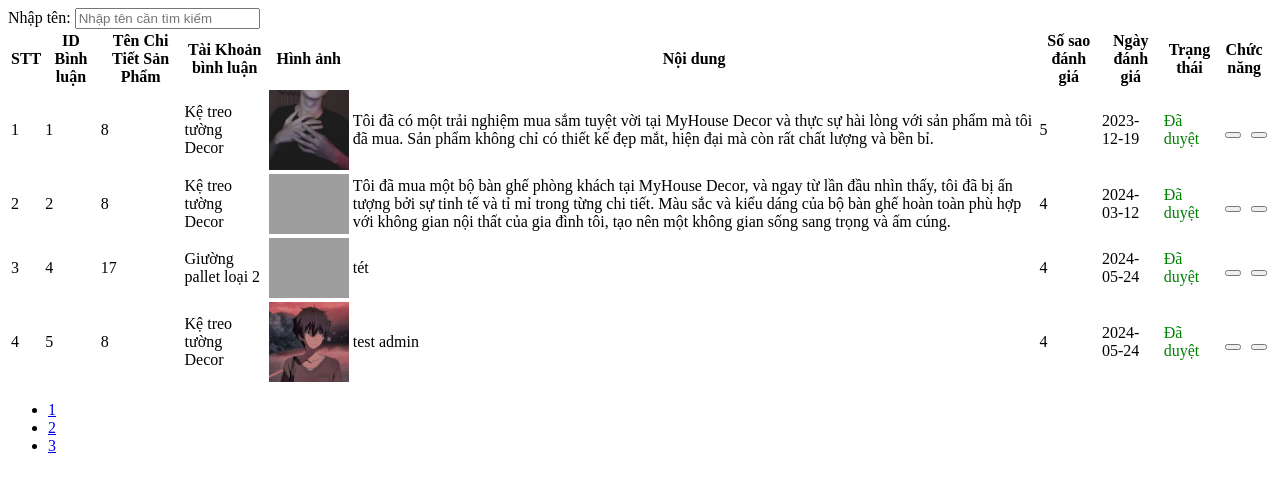
Repository: anhtu2110/TestCNPM
Page: http://localhost/MyHouseDecor/Admin/View/Admin_CommentView.php?page=1
An editor plug-in stored every save of this project. The page is shown before and after the next save, followed by the edit.
The browser window is 1280 px wide. The pictures show the whole page.
Pictures or frames that could not be fetched are drawn as grey boxes. The page is run by PHP 8.4 with error messages shown; the project is at /var/www/html/. The database holds what the project's SQL file puts in it.

Above is the page before, as saved 2024-07-09 22:07:47.

### Admin/View/Admin_CommentView.php
<?php require_once $_SERVER['DOCUMENT_ROOT'] . '/MyHouseDecor/Admin/Controller/Admin_CommentController.php';
$limit = 4;
$offset = isset($_GET['page']) ? ($_GET['page'] - 1) * $limit : 0;
$controller = new Admin_CommentController();
$result = $controller->showComment($limit, $offset);
$count = 1;

?>

<div class="row d-flex mb-3">
    <div class="col-6 mx-auto">
        <label for="input" class="form-label">Nhập tên:</label>
        <input type="search" class="form-control" id="email" placeholder="Nhập tên cần tìm kiếm" name="search">
    </div>
</div>
<table class="mx-auto table table-bordered">
    <tr>
        <th class="table-primary text-center">STT</th>
        <th class="table-primary text-center">ID Bình luận</th>
        <th class="table-primary text-center">Tên Chi Tiết Sản Phẩm</th>
        <th class="table-primary text-center">Tài Khoản bình luận</th>
        <th class="table-primary text-center">Hình ảnh</th>
        <th class="table-primary text-center">Nội dung</th>
        <th class="table-primary text-center">Số sao đánh giá</th>
        <th class="table-primary text-center">Ngày đánh giá</th>
        <th class="table-primary text-center">Trạng thái</th>
        <th class="table-primary text-center">Chức năng</th>
    </tr>
    <?php foreach ($result as $items) :
        switch ($items['Status']) {
            case 1:
                $status = '<p class="m-0" style="color: green;">Đã duyệt</p>';
                break;
            case 0:
                $status = '<p class="m-0" style="color: goldenrod;">Chưa duyệt</p>';
                break;
        }
    ?>
    <tr>
        <td><?php echo $count; ?></td>
        <td><?php echo $items['CmtID']; ?></td>
        <td><?php echo $items['DetailsID']; ?></td>
        <td><?php
                $x = $controller->getNameProduct($items['DetailsID']);
                echo $x;
                ?></td>
        <td><img src="<?php echo '../' . $items['Image']; ?>" style="max-width: 80px;max-height: 80px;" alt=""></td>
        <td><?php echo $items['Content']; ?></td>
        <td><?php echo $items['Star']; ?></td>
        <td><?php echo $items['Date']; ?></td>
        <td><?php echo $status; ?></td>
        <td>
            <div class="chucnang d-flex">
                <div class="btn_update mx-auto">
                    <button type="button" class="btn btn-success btn-sm confirm_comment"
                        style="margin-left: 6px;margin-top:5px;" data-update-id="<?php echo $items['CmtID']; ?>"
                        data-bs-toggle="tooltip" title="Duyệt!">
                        <i class="fa-solid fa-check"></i></button>
                    <button type="button" data-delete-id='<?php echo $items['CmtID']; ?>' id='delete_comment'
                        class="btn btn-danger btn-sm" style="margin-left: 6px;margin-top:5px;" data-bs-toggle="tooltip"
                        title="Xóa!" style="margin-left: 6px;"><i class="fa-solid fa-xmark"></i></button>
                </div>
            </div>
        </td>
    </tr>
    <?php
        $count++;
    endforeach; ?>
</table>
<ul class="pagination justify-content-end">
    <?php
    $counts = $controller->getCount();
    $count = $counts->fetch_assoc();
    $total = $count['total'];
    for ($i = 1; $i <= ceil($total / $limit); $i++) {
        echo '<li class="page-item"><a class="page-link" href="?page=' . $i . '">' . $i . '</a></li>';
    }
    ?>
</ul>
<script>
document.querySelectorAll('#delete_comment').forEach(btn => {
    btn.addEventListener('click', (e) => {
        e.preventDefault();
        let id = btn.getAttribute('data-delete-id');
        swal.fire({
            title: 'Bạn có chắc chắn muốn xóa không?',
            text: 'Dữ liệu sẽ không thể khôi phục lại!',
            icon: 'warning',
            showCancelButton: true,
            confirmButtonColor: '#3085d6',
            cancelButtonColor: '#d33',
            confirmButtonText: 'Có',
            cancelButtonText: 'Không'
        }).then((result) => {
            if (result.isConfirmed) {
                let formData = new FormData();
                formData.append('id', id);
                let xhr = new XMLHttpRequest();
                xhr.open('POST', './Controller/Delete_CommentController.php');
                xhr.onload = () => {
                    if (xhr.status == 200) {
                        let result = xhr.responseText;
                        if (result == 'true') {
                            swal.fire({
                                title: 'Xóa thành công!',
                                text: 'Dữ liệu đã được xóa!',
                                icon: 'success',
                                showConfirmButton: false,
                                timer: 1500
                            }).then(() => {
                                location.reload();
                            });

                        } else {
                            swal.fire({
                                title: 'Xóa thất bại!',
                                icon: 'error',
                                showConfirmButton: false,
                                timer: 1500
                            });
                        }
                    }
                }
                xhr.send(formData);
            }
        });
    });
});
document.querySelectorAll('.confirm_comment').forEach(button => {
    button.addEventListener('click', (e) => {
        e.preventDefault();
        let idbtn = button.getAttribute('data-update-id');
        let formDatas = new FormData();
        formDatas.append('id', idbtn);
        let xhrs = new XMLHttpRequest();
        xhrs.open('POST', './Controller/Update_CommentController.php');
        xhrs.onload = () => {
            if (xhrs.status == 200) {
                let results = xhrs.responseText;
                if (results == 'true') {
                    swal.fire({
                        title: 'Duyệt thành công!',
                        text: 'Dữ liệu đã được duyệt!',
                        icon: 'success',
                        showConfirmButton: false,
                        timer: 1500
                    }).then(() => {
                        location.reload();
                    });

                } else {
                    swal.fire({
                        title: 'Duyệt thất bại!',
                        icon: 'error',
                        showConfirmButton: false,
                        timer: 1500
                    });
                }
            }
        }
        xhrs.send(formDatas);
    });
});
</script>

### Admin/Controller/Admin_CommentController.php
<?php
    require_once $_SERVER['DOCUMENT_ROOT'].'/MyHouseDecor/Admin/Model/Admin_CommentModel.php';
    class Admin_CommentController{
        private $model = null;

        public function __construct(){
            $this->model = new Admin_CommentModel();
        }

        public function showComment($limit,$offset){
            $result = $this->model->showComment($limit,$offset);
            return $result;
        }
        public function getCount(){
            $result = $this->model->getCount();
            return $result;
        }
        public function getNameProduct($id) {
            $result = $this->model->getNameProduct($id);
            return $result;
        }
    }
?>

### Admin/Model/Admin_CommentModel.php
<?php
    require_once $_SERVER['DOCUMENT_ROOT'].'/MyHouseDecor/Admin/Connect/connectDatabase.php';
    class Admin_CommentModel{
       private $db = null;

       public function __construct(){
           $this->db = (new Database())->getConnection();
       }

       public function showComment($limit,$offset){
        $sql = "SELECT * FROM comment LIMIT $limit OFFSET $offset";
        $result = $this->db->query($sql);
        return $result;
       }
        public function getCount(){
            $sql = "SELECT COUNT(*) as total FROM comment";
            $result = $this->db->query($sql);
            return $result;
        }
        public function DeleteComment($id){
            $sql = "DELETE FROM comment WHERE CmtID = $id";
            $result = $this->db->query($sql);
            return $result;
        }
        public function UpdateComment($id){
            $sql = "UPDATE comment SET Status = 1 WHERE CmtID = $id";
            $result = $this->db->query($sql);
            return $result;
        }
        public function getNameProduct($id) {
            // $query = "SELECT Title FROM products WHERE ProductID = $id";
            // $result = $this->db->query($query);
            // return $result;
            $sql = "SELECT Title FROM products WHERE ProductID = ?";
            $stmt = $this->db->prepare($sql);
            $stmt->bind_param("i", $id);
            $stmt->execute();
            $result = $stmt->get_result();
            $product = $result->fetch_assoc();
            $stmt->close();
            return $product['Title'];
        }
    }
?>

### Admin/Connect/connectDatabase.php
<?php
    class Database{
        private $localhost = 'localhost';
        private $username = 'root';
        private $password = '';
        private $db = 'dacn';
        private $conn = null;

        public function __construct()
        {
            $this->conn = new mysqli($this->localhost,$this->username,$this->password,$this->db);
            if($this->conn->connect_error){
                die('Loi kn'.$this->conn->connect_error);
            }else{
                $this->conn->set_charset('utf8');
            }
        }

        public function getConnection(){
            return $this->conn;
        }
    }
?>

### Database/dacn.sql (the tables this page reads)
CREATE TABLE `comment` (
  `CmtID` int NOT NULL,
  `DetailsID` int NOT NULL,
  `UserName` varchar(30) NOT NULL,
  `Image` varchar(255) NOT NULL,
  `Content` text NOT NULL,
  `Star` int NOT NULL,
  `Date` date DEFAULT NULL,
  `Status` int NOT NULL
) ENGINE=InnoDB DEFAULT CHARSET=utf8mb4 COLLATE=utf8mb4_general_ci;

INSERT INTO `comment` (`CmtID`, `DetailsID`, `UserName`, `Image`, `Content`, `Star`, `Date`, `Status`) VALUES
(1, 8, 'vanhuy', 'img/cmt-7.jpg', 'Tôi đã có một trải nghiệm mua sắm tuyệt vời tại MyHouse Decor và thực sự hài lòng với sản phẩm mà tôi đã mua. Sản phẩm không chỉ có thiết kế đẹp mắt, hiện đại mà còn rất chất lượng và bền bỉ.', 5, '2023-12-19', 1),
(2, 8, 'nguyennam', 'img/cmt-10.jpg', 'Tôi đã mua một bộ bàn ghế phòng khách tại MyHouse Decor, và ngay từ lần đầu nhìn thấy, tôi đã bị ấn tượng bởi sự tinh tế và tỉ mỉ trong từng chi tiết. Màu sắc và kiểu dáng của bộ bàn ghế hoàn toàn phù hợp với không gian nội thất của gia đình tôi, tạo nên một không gian sống sang trọng và ấm cúng.', 4, '2024-03-12', 1),
(4, 17, 'duongthuy', 'img/avt_trang.jpg', 'tét', 4, '2024-05-24', 1),
(5, 8, 'admin01', 'img/cmt-9.jpg', 'test admin', 4, '2024-05-24', 1),
(6, 2, 'nam123', 'img/avt_trang.jpg', 'tôi khá hài lòng với sản phẩm này\r\n', 4, '2024-05-24', 1),
(7, 2, 'admin01', 'img/cmt-9.jpg', 'test admin', 3, '2024-05-24', 1),
(8, 6, 'nam123', 'img/avt_trang.jpg', 'tôi thấy yêu thích sản phẩm này, tôi sẽ bảo người thân vào tiếp tục ủng hộ nữa!', 5, '2024-06-02', 1),
(9, 18, 'nam123', 'img/avt_trang.jpg', '“Bộ bình hoa cắm hoa này thực sự là một tuyệt tác. Thiết kế tinh xảo, chất liệu cao cấp và màu sắc rất đẹp. Tôi đã nhận được nhiều lời khen từ bạn bè và gia đình khi trưng bày bình hoa này trong phòng khách. Rất đáng tiền!”', 5, '2024-06-02', 1),
(10, 18, 'nam123', 'img/avt_trang.jpg', '“Sản phẩm đẹp và chất lượng, tuy nhiên tôi cảm thấy giá hơi cao một chút so với các sản phẩm tương tự trên thị trường. Dù sao thì tôi cũng rất hài lòng với thiết kế và tính thẩm mỹ của bộ bình hoa này. Chỉ mong là sẽ có thêm nhiều chương trình khuyến mãi hơn.”', 4, '2024-06-02', 1),
(11, 18, 'nam123', 'img/avt_trang.jpg', '“Mình không thực sự hài lòng với sản phẩm này. Chất liệu bình hoa không được như mình mong đợi, cảm giác khá mỏng manh và dễ vỡ. Màu sắc cũng không tươi sáng như hình ảnh trên mạng. Hy vọng lần sau sẽ có sự cải thiện về chất lượng.”', 2, '2024-06-02', 1),
(12, 34, 'huy1602', 'img/avt_trang.jpg', 'khá ok', 4, '2024-06-06', 1);

ALTER TABLE `comment`
  ADD PRIMARY KEY (`CmtID`);

ALTER TABLE `comment`
  MODIFY `CmtID` int NOT NULL AUTO_INCREMENT, AUTO_INCREMENT=13;

CREATE TABLE `products` (
  `ProductID` int NOT NULL,
  `Title` varchar(255) NOT NULL,
  `Image` varchar(255) NOT NULL,
  `OldPrice` int NOT NULL,
  `Price` int NOT NULL,
  `IsBestSeller` bit(2) NOT NULL,
  `ExtraTime` date NOT NULL,
  `IDDetail` int NOT NULL
) ENGINE=InnoDB DEFAULT CHARSET=utf8mb4 COLLATE=utf8mb4_general_ci;

INSERT INTO `products` (`ProductID`, `Title`, `Image`, `OldPrice`, `Price`, `IsBestSeller`, `ExtraTime`, `IDDetail`) VALUES
(1, 'Kệ trang trí phòng', 'img/product-1.jpg', 1100000, 880000, b'01', '2023-01-26', 1),
(2, 'Bàn để máy tính', 'img/product-2.jpg', 1600000, 1300000, b'01', '2023-08-13', 2),
(3, 'Bàn học', 'img/product-3.jpg', 2100000, 1800000, b'00', '2023-05-20', 3),
(4, 'Ghế công thái học JDF47', 'img/product-4.jpg', 2600000, 2300000, b'01', '2023-01-23', 4),
(5, 'Kệ Decor 2 tầng', 'img/product-5.jpg', 3100000, 2800000, b'00', '2023-05-30', 5),
(6, 'Bàn Decor góc nhà', 'img/product-6.jpg', 3600000, 3300000, b'01', '2023-08-12', 6),
(7, 'Tủ để đồ gia dụng', 'img/product-7.jpg', 4100000, 3800000, b'00', '2023-08-05', 7),
(8, 'Kệ treo tường Decor', 'img/product-8.jpg', 4600000, 4300000, b'01', '2024-02-16', 8),
(9, 'Tủ để đồ 16 ô', 'img/product-9.jpg', 5100000, 4800000, b'00', '2023-02-11', 9),
(10, 'Ghế đọc sách JG07', 'img/product-10.jpg', 5600000, 5300000, b'01', '2023-12-05', 10),
(11, 'Phông bạt để sân', 'img/product-11.jpg', 6100000, 5800000, b'00', '2023-07-24', 11),
(12, 'Ghế nội thất', 'img/product-12.jpg', 6600000, 6300000, b'00', '2023-01-06', 12),
(13, 'Ghế trang trí bàn học', 'img/product-13.jpg', 7100000, 6800000, b'00', '2023-11-22', 13),
(14, 'Bộ SOFA mini cho bé', 'img/product-14.jpg', 7600000, 7300000, b'00', '2023-09-01', 14),
(15, 'Mô hình phi hành gia Decor', 'img/product-15.jpg', 8100000, 7800000, b'00', '2023-08-30', 15),
(16, 'Giường Pallet', 'img/product-16.jpg', 8600000, 8300000, b'00', '2023-01-23', 16),
(17, 'Giường pallet loại 2', 'img/product-17.jpg', 9100000, 8800000, b'00', '2023-10-25', 17),
(18, 'Bộ bình hoa cắm hoa', 'img/product-18.jpg', 9600000, 9300000, b'00', '2023-02-25', 18),
(19, 'Combo 4 bình căm hoa', 'img/product-19.jpg', 10100000, 9800000, b'00', '2023-10-24', 19),
(21, 'Combo Bình + Hoa giả Decor', 'img/product-21.jpg', 1100000, 10800000, b'00', '2023-08-11', 21),
(22, 'Hoa ly giả màu hồng phấn', 'img/product-22.jpg', 11600000, 11300000, b'00', '2023-12-20', 22),
(23, 'Combo hoa giả 5 màu', 'img/product-23.jpg', 12100000, 11800000, b'00', '2023-07-11', 23),
(24, 'Hoa Baby giả 5 màu', 'img/product-24.jpg', 12600000, 8900000, b'00', '2023-12-16', 24),
(25, 'Bàn nâng hạ cho máy tính', 'img/product-25.jpg', 13100000, 12800000, b'00', '2023-09-22', 25),
(28, 'Đệm ghế tatami tựa lưng một chỗ ngồi', 'img/sg-11134202-7rbka-llvweax40bgl3e.jpg', 110000, 55000, b'01', '2024-05-11', 34),
(29, 'Vanity bàn trang điểm', 'img/test.jpg', 1409656, 1234567, b'01', '2024-05-10', 35);

ALTER TABLE `products`
  ADD PRIMARY KEY (`ProductID`),
  ADD KEY `IDDetail` (`IDDetail`);

ALTER TABLE `products`
  MODIFY `ProductID` int NOT NULL AUTO_INCREMENT, AUTO_INCREMENT=30;

ALTER TABLE `products`
  ADD CONSTRAINT `products_ibfk_1` FOREIGN KEY (`IDDetail`) REFERENCES `details` (`IDDetail`) ON DELETE CASCADE ON UPDATE CASCADE;

After the next save:
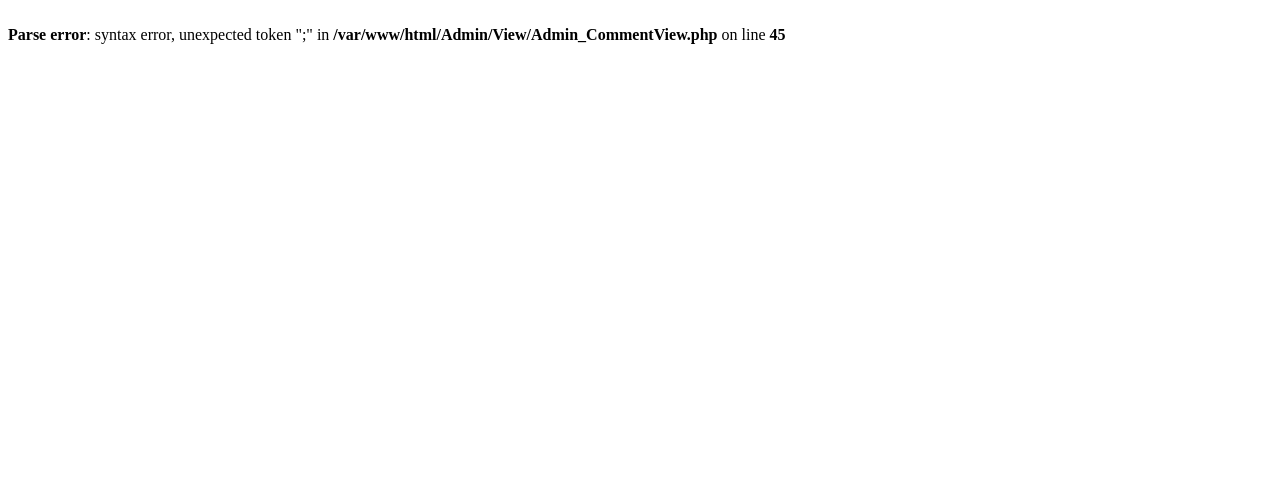
Saved 76 s later.
--- a/Admin/View/Admin_CommentView.php
+++ b/Admin/View/Admin_CommentView.php
@@ -39,11 +39,11 @@ $count = 1;
     <tr>
         <td><?php echo $count; ?></td>
         <td><?php echo $items['CmtID']; ?></td>
-        <td><?php echo $items['DetailsID']; ?></td>
         <td><?php
                 $x = $controller->getNameProduct($items['DetailsID']);
-                echo $x;
+                echo
                 ?></td>
+        <td><?php echo $items['Username']; ?></td>
         <td><img src="<?php echo '../' . $items['Image']; ?>" style="max-width: 80px;max-height: 80px;" alt=""></td>
         <td><?php echo $items['Content']; ?></td>
         <td><?php echo $items['Star']; ?></td>
